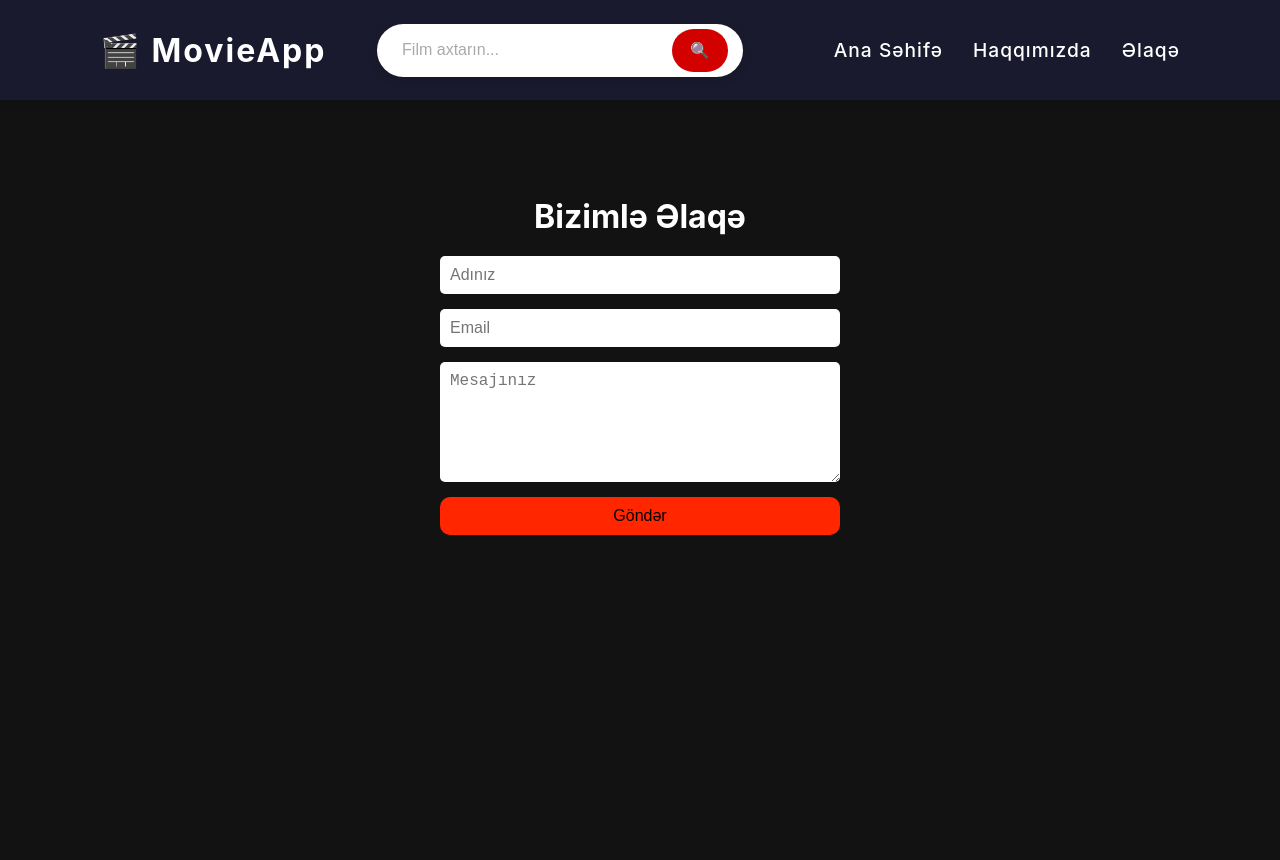
Repository: Zulfiyya077/InternIntelligence_MovieWebsite
Page: /contact
The author's editor kept a copy of each file at every save. The page is drawn from the files as they stood at one save, then again after the next save.
The browser window is 1280 px wide. The pictures show the whole page.
The project was rebuilt for these pictures with package versions that can differ from the ones it lists, and the page was loaded fresh each time. Also part of the build but not shown: vite.config.js, src/services/MovieService.jsx, src/components/MovieCard.module.css, src/components/MovieCard.jsx, src/pages/Home.module.css, src/pages/Home.jsx, src/pages/MovieDetailsPage.module.css, src/pages/MovieDetailsPage.jsx and 5 more.

Above is the page before, as saved 2025-02-24 02:11:57.

### src/App.jsx
import React from 'react';
import { BrowserRouter as Router, Routes, Route } from 'react-router-dom';
import Home from './pages/Home';
import MovieDetailsPage from './pages/MovieDetailsPage';
import Navbar from './components/Navbar';
import styles from './App.module.css';
import About from './pages/About';
import Contact from './pages/Contact';
import SearchResultsPage from './pages/SearchResultsPage';
SearchResultsPage
const App = () => {
    return (
        <Router>
            <div className={styles.app}>
                <Navbar />
                <Routes>
                    <Route path="/" element={<Home />} />
                    <Route path="/about" element={<About />} />
                    <Route path="/contact" element={<Contact />} />
                    <Route path="" element={<SearchResultsPage />} />
                    <Route path="/movie/:id" element={<MovieDetailsPage />} />
                </Routes>
            </div>
        </Router>
    );
};

export default App;

### src/components/Navbar.jsx
import React from 'react';
import { Link } from 'react-router-dom';
import SearchBar from './SearchBar';
import styles from './Navbar.module.css';

const Navbar = () => {
    return (
        <nav className={styles.navbar}>
            <div className={styles.logo}>
                <Link to="/">🎬 MovieApp</Link>
            </div>
            <SearchBar />
            <ul className={styles.navLinks}>
                <li><Link to="/">Ana Səhifə</Link></li>
                <li><Link to="/about">Haqqımızda</Link></li>
                <li><Link to="/contact">Əlaqə</Link></li>
            </ul>
        </nav>
    );
};

export default Navbar;

### src/pages/Contact.jsx
import React, { useState } from 'react';
import styles from './Contact.module.css';

const Contact = () => {
    const [name, setName] = useState('');
    const [email, setEmail] = useState('');
    const [message, setMessage] = useState('');

    const handleSubmit = (e) => {
        e.preventDefault();
        alert(`Təşəkkürlər, ${name}! Mesajınız göndərildi.`);
        setName('');
        setEmail('');
        setMessage('');
    };

    return (
        <div className={styles.contact}>
            <h2>Bizimlə Əlaqə</h2>
            <form onSubmit={handleSubmit}>
                <input
                    type="text"
                    placeholder="Adınız"
                    value={name}
                    onChange={(e) => setName(e.target.value)}
                    required
                />
                <input
                    type="email"
                    placeholder="Email"
                    value={email}
                    onChange={(e) => setEmail(e.target.value)}
                    required
                />
                <textarea
                    placeholder="Mesajınız"
                    value={message}
                    onChange={(e) => setMessage(e.target.value)}
                    required
                ></textarea>
                <button type="submit">Göndər</button>
            </form>
        </div>
    );
};

export default Contact;

### src/components/SearchBar.jsx
import React, { useState } from 'react';
import { useNavigate } from 'react-router-dom';
import styles from './SearchBar.module.css';

const SearchBar = () => {
    const [query, setQuery] = useState('');
    const navigate = useNavigate();

    const handleSearch = (e) => {
        e.preventDefault();
        if (query.trim()) {
            navigate(`/search/${query}`);
            setQuery('');
        }
    };

    return (
        <form onSubmit={handleSearch} className={styles.searchBar}>
            <input
                type="text"
                placeholder="Film axtarın..."
                value={query}
                onChange={(e) => setQuery(e.target.value)}
            />
            <button type="submit">🔍</button>
        </form>
    );
};

export default SearchBar;

### src/components/Navbar.module.css
/* Navbar */
.navbar {
    display: flex;
    align-items: center;
    justify-content: space-between;
    background-color: #2f2f3d; /* Daha qaranlıq bir fon */
    padding: 10px 100px;
    color: white;
    box-shadow: 0 4px 8px rgba(0, 0, 0, 0.1); /* Sıx kölgə əlavə edildi */
    position: sticky;
    top: 0;
    z-index: 1000;
    transition: background-color 0.3s ease;
    height: 80px;
}

.navbar:hover {
    background-color: #1a1a2e; /* Navbar-ın hover effekti */
}

.logo a {
    font-size: 2rem;
    color: white;
    text-decoration: none;
    font-weight: 700;
    letter-spacing: 2px;
    transition: transform 0.3s ease, color 0.3s ease;
}

.logo a:hover {
    transform: scale(1.1); /* Hover effekti ilə logo böyüyəcək */
    color: #ffcc00; /* Hoverda logo rəngi dəyişir */
}

.navLinks {
    list-style: none;
    display: flex;
    gap: 30px;
}

.navLinks li {
    position: relative;
}

.navLinks li a {
    color: white;
    text-decoration: none;
    font-size: 1.2rem;
    font-weight: 500;
    letter-spacing: 1px;
    transition: color 0.3s ease, transform 0.3s ease;
}

.navLinks li a:hover {
    color: #ffcc00;
    transform: translateY(-5px); /* Hoverda yuxarı doğru hərəkət edir */
}

/* Underline hover animation */
.navLinks li a::after {
    content: '';
    position: absolute;
    width: 0;
    height: 2px;
    background-color: #ffcc00;
    left: 50%;
    bottom: -5px;
    transition: width 0.3s, left 0.3s;
    transform: translateX(0%);
}

.navLinks li a:hover::after {
    width: 100%; /* Hover edildikdə alt xətt tam görünür */
    left: 0;
}

/* Animation for navbar items */
.navLinks li {
    animation: fadeInUp 0.5s ease-out forwards;
    opacity: 0;
}

.navLinks li:nth-child(1) {
    animation-delay: 0.2s;
}

.navLinks li:nth-child(2) {
    animation-delay: 0.3s;
}

.navLinks li:nth-child(3) {
    animation-delay: 0.4s;
}

.navLinks li:nth-child(4) {
    animation-delay: 0.5s;
}

/* FadeInUp animation for nav items */
@keyframes fadeInUp {
    from {
        opacity: 0;
        transform: translateY(20px);
    }
    to {
        opacity: 1;
        transform: translateY(0);
    }
}

/* Responsive Navbar */
@media (max-width: 768px) {
    .navbar {
        flex-direction: column;
        padding: 15px 25px;
    }

    .navLinks {
        flex-direction: column;
        gap: 15px;
        margin-top: 20px;
    }

    .logo a {
        font-size: 1.8rem;
    }

    .navLinks li a {
        font-size: 1.2rem;
    }
}

### src/pages/Contact.module.css
.contact {
    text-align: center;
    padding: 70px;
    color: white;
    background-color: #121212;
    height: calc(100vh - 100px);
}

.contact h2 {
    font-size: 2rem;
    margin-bottom: 20px;
}

.contact form {
    display: flex;
    flex-direction: column;
    max-width: 400px;
    margin: 0 auto;
    gap: 15px;
}

.contact input,
.contact textarea {
    padding: 10px;
    font-size: 1rem;
    border: none;
    border-radius: 5px;
}

.contact textarea {
    height: 100px;
}

.contact button {
    background-color: #ff2600;
    border: none;
    padding: 10px;
    font-size: 1rem;
    cursor: pointer;
    border-radius: 10px;
}

.contact button:hover {
    background-color: #e6b800;
}

### src/components/SearchBar.module.css
/* Search Bar */
.searchBar {
    display: flex;
    align-items: center;
    background-color: white;
    border-radius: 30px;
    box-shadow: 0 4px 10px rgba(0, 0, 0, 0.1);
    transition: box-shadow 0.3s ease, transform 0.3s ease;
    padding: 5px 15px;
}

.searchBar:hover {
    transform: scale(1.05); /* Search bar hover zamanı yavaşca böyüyür */
    box-shadow: 0 6px 15px rgba(0, 0, 0, 0.15); /* Hover zamanı kölgə daha da artır */
}

.searchBar input {
    border: none;
    padding: 10px;
    outline: none;
    font-size: 1rem;
    width: 250px;
    transition: width 0.3s ease, padding 0.3s ease;
    border-radius: 20px;
    color: #333;
    font-weight: 500;
}

.searchBar input:focus {
    width: 300px; /* Fokus halında genişlənir */
    padding: 12px;
    transition: all 0.3s ease;
}

.searchBar input::placeholder {
    color: #aaa;
    font-weight: 300;
    transition: color 0.3s ease;
}

.searchBar input:focus::placeholder {
    color: #ffcc00; /* Fokus halında placeholder rəngi dəyişir */
}

.searchBar button {
    background-color: #d30000;
    border: none;
    padding: 12px 18px;
    cursor: pointer;
    font-size: 1rem;
    color: white;
    border-radius: 30px;
    margin-left: 10px;
    transition: background-color 0.3s ease, transform 0.3s ease;
}

.searchBar button:hover {
    background-color: #e6b800; /* Hoverda button rəngi dəyişir */
    transform: scale(1.1); /* Hoverda böyümə effekti */
}

.searchBar button:active {
    background-color: #d49e00; /* Klikləmə effekti */
    transform: scale(1); /* Tıkladıqda normal ölçüyə dönər */
}

.searchBar button:focus {
    outline: none;
    box-shadow: 0 0 0 4px rgba(255, 204, 0, 0.6); /* Fokusda şəffaf sarı rəngdə kontur */
}

Loaded but not shown: index.html (common file); src/main.jsx (common file); src/index.css (common file)

After the next save:
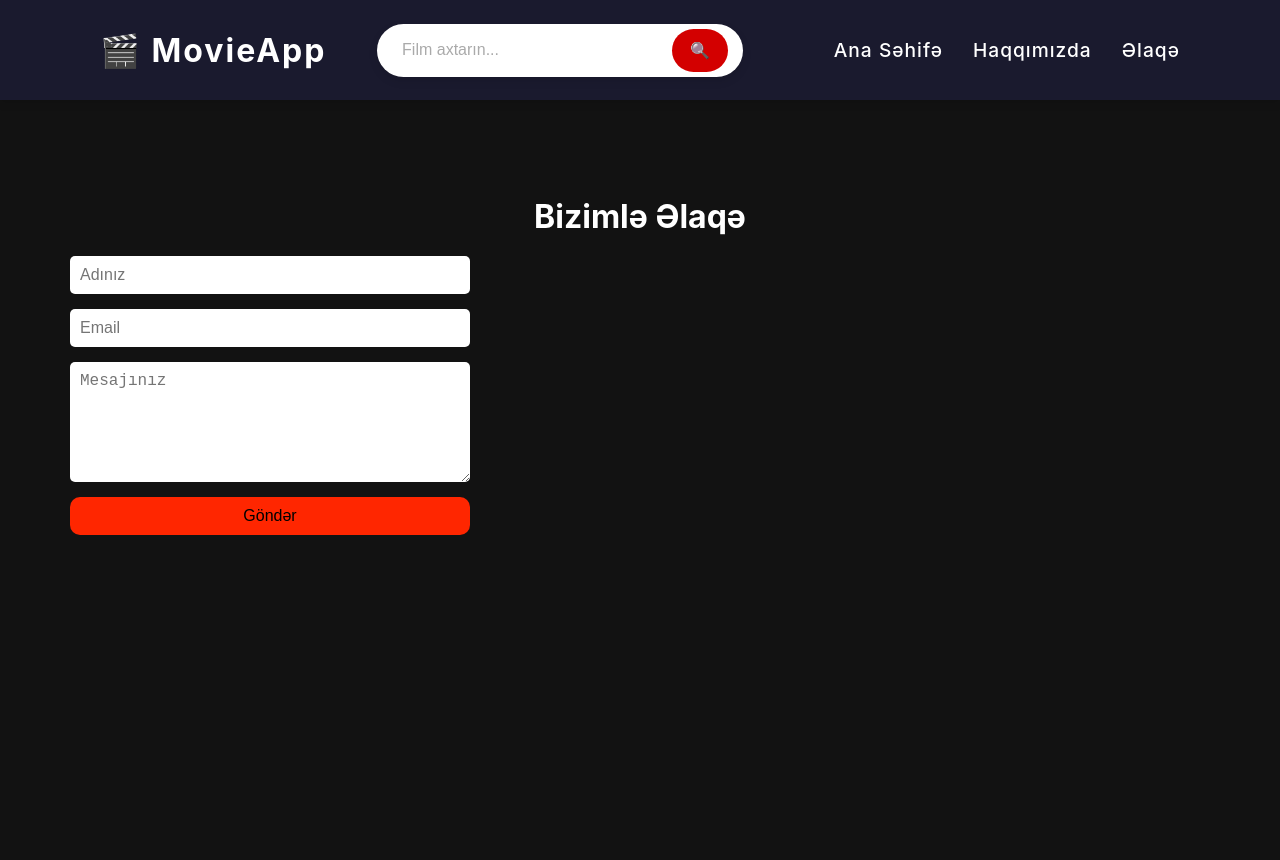
Saved 16 s later.
--- a/src/pages/Contact.module.css
+++ b/src/pages/Contact.module.css
@@ -15,7 +15,7 @@
     display: flex;
     flex-direction: column;
     max-width: 400px;
-    margin: 0 auto;
+
     gap: 15px;
 }
 

After the save that followed:
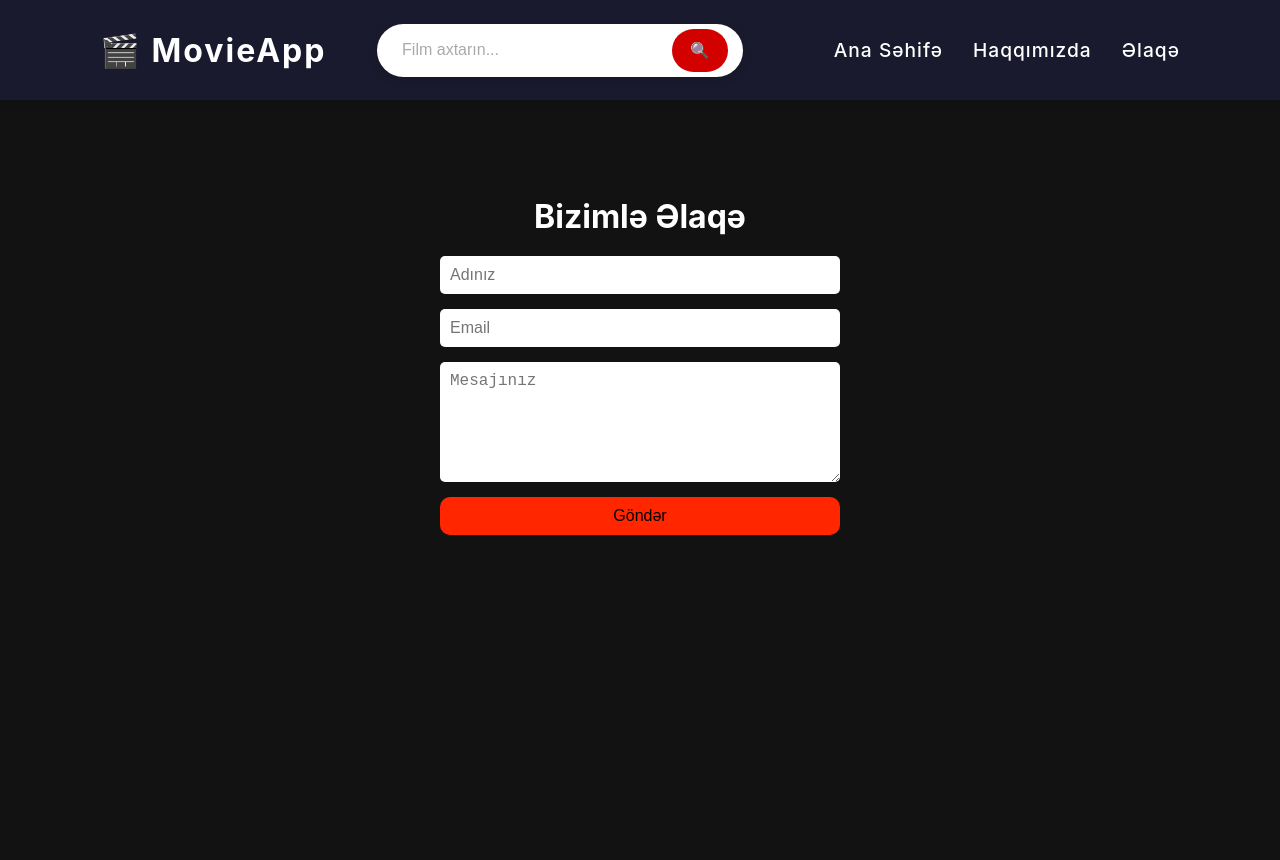
Saved 5 s later.
--- a/src/pages/Contact.module.css
+++ b/src/pages/Contact.module.css
@@ -15,7 +15,7 @@
     display: flex;
     flex-direction: column;
     max-width: 400px;
-
+    margin: 0 auto;
     gap: 15px;
 }
 
